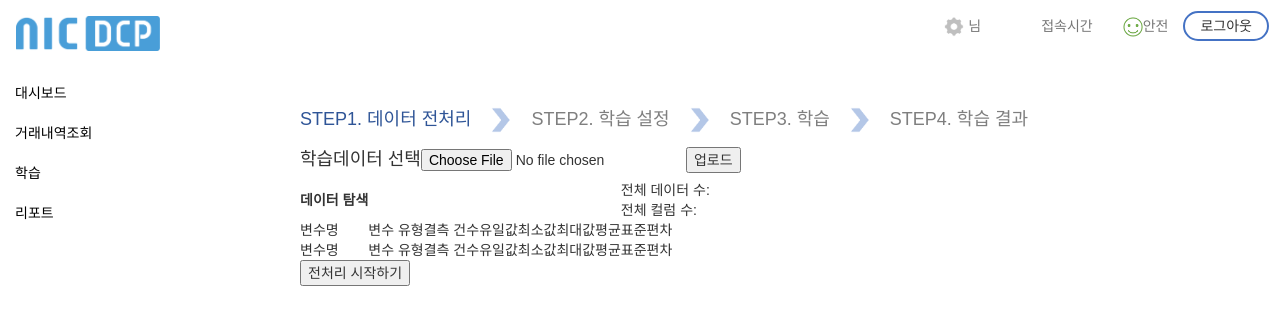
Repository: zzyeah0/project01
Page: http://localhost/nicdcp_frontend/step1.jsp
These files come from the project's save history. The page is drawn as it stood at one moment and after the next save; the edit follows.
The browser window is 1280 px wide. The pictures show the whole page.
Some web fonts or font styles are not loaded; a fallback is used. The page is served by Tomcat 9. The template is opened directly, without the code that normally fills it, so the values that code supplies are empty.

Above is the page before, as saved 2021-05-24 09:08:29.

After the next save:
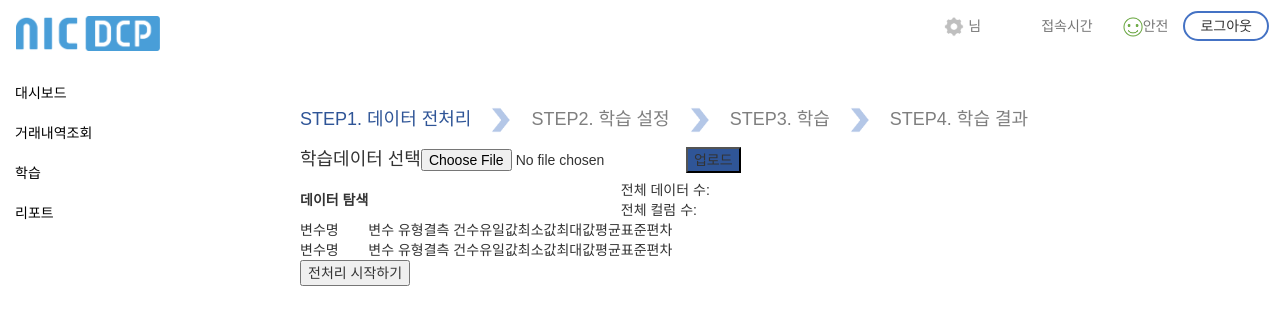
Saved 2 min 43 s later.
--- a/nicdcp_frontend/src/main/webapp/step1.jsp
+++ b/nicdcp_frontend/src/main/webapp/step1.jsp
@@ -44,7 +44,7 @@
 					<input type="file" name="file"/>
 				</td>
 				<td>
-					<input type="submit" value="업로드"/>
+					<input type="submit" value="업로드" class="blue"/>
 				</td>
 			</tr>
 		</table>
